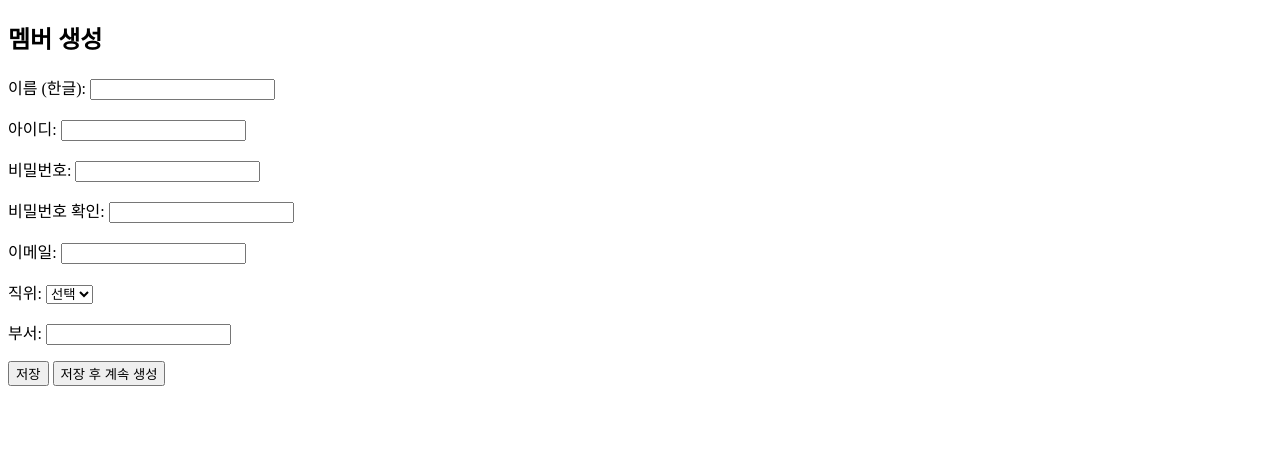
Repository: devgolol/Flow
Page: http://localhost/coretime/WEB-INF/views/userForm.jsp
The author's editor kept a copy of each file at every save. The page is drawn from the files as they stood at one save, then again after the next save.
The browser window is 1280 px wide. The pictures show the whole page.
The page is served by Tomcat 9. Nobody is signed in. The template is opened directly, without the code that normally fills it, so the values that code supplies are empty.

Above is the page before, as saved 2025-06-30 05:41:58.

After the next save:
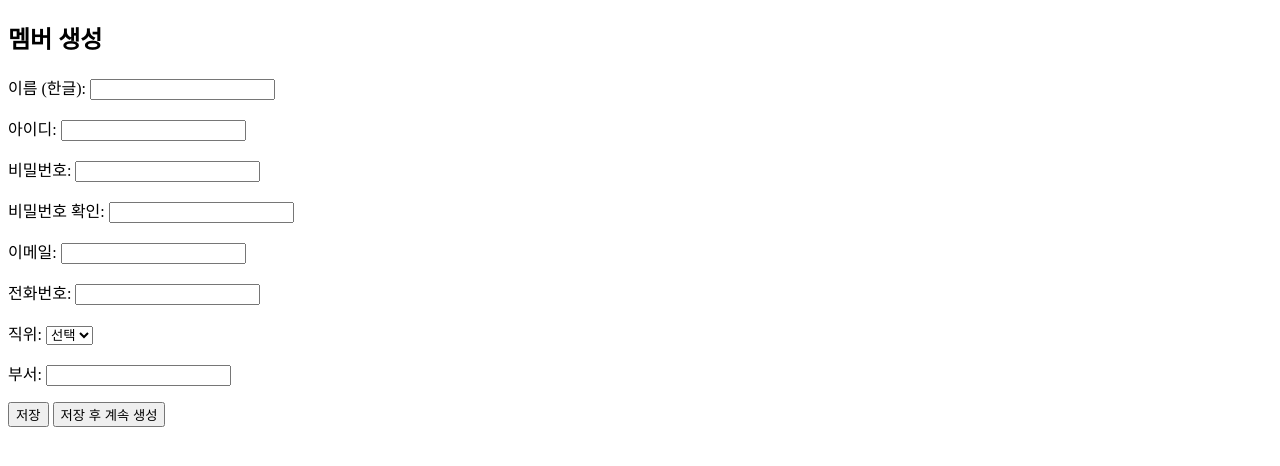
Saved 16 s later.
--- a/coretime/src/main/webapp/WEB-INF/views/userForm.jsp
+++ b/coretime/src/main/webapp/WEB-INF/views/userForm.jsp
@@ -16,6 +16,7 @@
     <p>비밀번호: <form:password path="password"/></p>
     <p>비밀번호 확인: <form:password path="confirmPassword"/></p>
     <p>이메일: <form:input path="email"/></p>
+    <p>전화번호: <form:input path="tel"/></p>
     <p>직위:
         <form:select path="rank">
             <form:option value="">선택</form:option>
